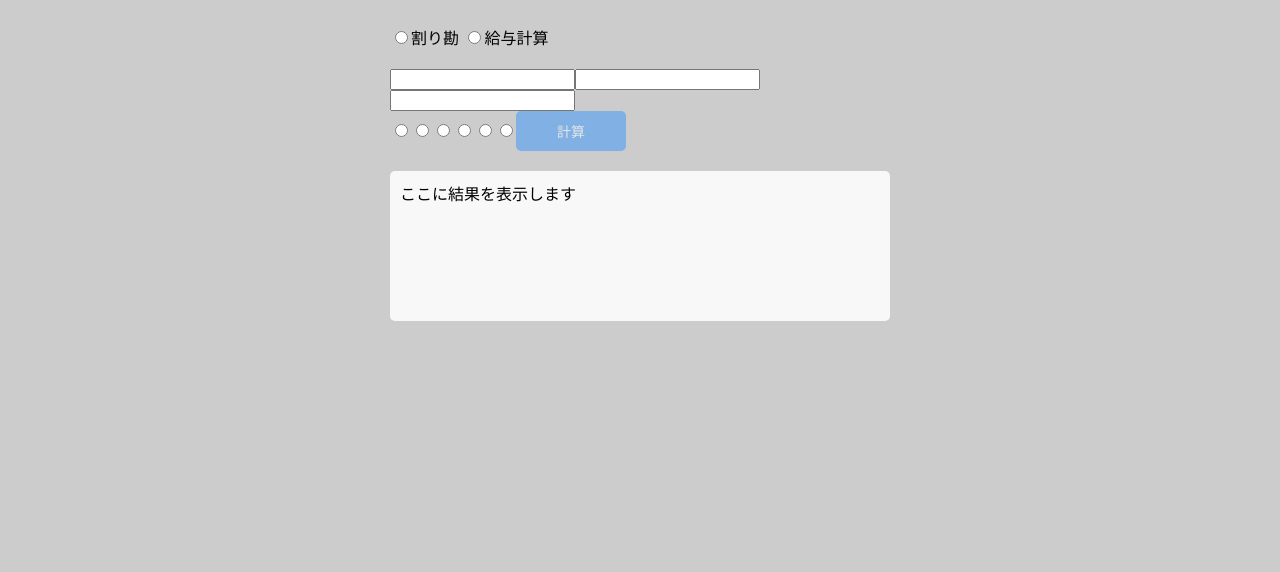
Repository: PythonPG/dentaku
Page: index.html
The author's editor kept a record of every edit. The page is drawn from the files as they stood at one moment, then again after the next edit.
The browser window is 1280 px wide. The pictures show the whole page.

Above is the page before.

### index.html
<!DOCTYPE html>
<html lang="ja">
<head>
  <meta charset="utf-8">
  <title>電卓</title>
  <link rel="stylesheet" href="css/styles.css">
</head>

<body>
  <div class="container">
    <div class="select-area">
      <input type="radio" id="warikan" name="dentaku" value="warikan" onclick="selectWarikan()">割り勘
      <input type="radio" id="kyuyo" name="dentaku" value="kyuyo" onclick="selectKyuyo()">給与計算
    </div>
    <div class="input-area">
      <input type="text" id="value1">
      <input type="text" id="kigou">
      <input type="text" id="value2">
      <br>
      <input type="radio" name="enzan" id="plus">+
      <input type="radio" name="enzan" id="minus">-
      <input type="radio" name="enzan" id="multiply">×
      <input type="radio" name="enzan" id="divide">÷
      <input type="radio" name="enzan" id="amari">あまり
      <input type="radio" name="shosu" id="shosu">.
      <div id="btn" class="disabled">計算</div>
    </div>
    <div class="result-area">
      <p id="result">ここに結果を表示します</p>
      <div id="reset" class="hidden">もう一度計算する？</div>
    </div>
  </div>
  <script src="js/main.js"></script>
</body>
</html>

### css/styles.css
body {
  background: #ccc;
  font-size: 16px;
  font-family: Arial, sans-serif;
}

.container {
  width: 500px;
  margin: 25px auto;
}

#price,
#num,
#unit {
  font-size: 14px;
  box-sizing: border-box;
  padding: 10px;
  height: 40px;
  border-radius: 5px;
  border: none;
  margin-right: 10px;
}

#price {
  width: 140px;
}

#num,
#unit {
  width: 110px;
}

#btn {
  cursor: pointer;
  display: inline-block;
  box-sizing: border-box;
  width: 110px;
  height: 40px;
  padding: 10px;
  background: #3897fd;
  border-radius: 5px;
  font-size: 14px;
  text-align: center;
  color: #fff;
}

.select-area {
  margin-bottom: 20px;
}

.input-area {
  font-size: 0;
  margin-bottom: 20px;
}

.result-area {
  background: #f8f8f8;
  padding: 10px;
  height: 130px;
  border-radius: 5px;
  position: relative;
}

#result {
  margin: 0;
}

#reset {
  text-decoration: underline;
  cursor: pointer;
  position: absolute;
  bottom: 10px;
  right: 10px;
}

#btn.disabled {
  opacity: 0.5;
}

#reset.hidden {
  display: none;
}

### js/main.js
var Dentaku = document.dentaku;
var FlagNum = false;
var Accumulation = 0;
var Enzan = "";

function NumPress (Num) {
    if (FlagNum) {
      Dentaku.readvalue.value = Num;
      FlagNum = false;
    }
    else {
      if (Dentaku.readvalue.value == "0") {
        Dentaku.readvalue.value = Num;
      } else {
        Dentaku.readvalue.value += Num;
      }
    }
  }

function Operation (Op) {
  var Readout = Dentaku.readvalue.value;
    if (FlagNum && Enzan != "=");
    else {
      FlagNum = true;
        if ( Enzan == '+' )
          Accumulation += parseFloat(Readout);
        else if ( '-' == Enzan )
          Accumulation -= parseFloat(Readout);
        else if ( '/' == Enzan )
          Accumulation /= parseFloat(Readout);
        else if ( '*' == Enzan )
          Accumulation *= parseFloat(Readout);
        else if ( '%' == Enzan )
          Accumulation %= parseFloat(Readout);
        else
          Accumulation = parseFloat(Readout);
          Dentaku.readvalue.value = Accumulation;
          Enzan = Op;
    }
}

function PlusMinus () {
  Dentaku.readvalue.value = parseFloat(Dentaku.readvalue.value) * -1;
}

function Shosuten () {
  var nowReadOut = Dentaku.readvalue.value;
  if (FlagNum) {
    nowReadOut = "0.";
    FlagNum = false;
  } else {
    if (nowReadOut.indexOf(".") == -1)
      nowReadOut += ".";
  }
  Dentaku.readvalue.value = nowReadOut;
}

function ClearEntry () {
  Dentaku.readvalue.value = "0";
  FlagNum = true;
}

function Clear () {
  Accumulation = 0;
  Enzan = "";
  ClearEntry();
}

function Percent () {
  if ( Enzan == '+' || Enzan == '-' )
  Dentaku.readvalue.value = (parseFloat(Dentaku.readvalue.value) / 100) * parseFloat(Accumulation);
  else if ( Enzan == '*' || Enzan == '/' )
  Dentaku.readvalue.value = parseFloat(Dentaku.readvalue.value) / 100;
}

After the next edit:
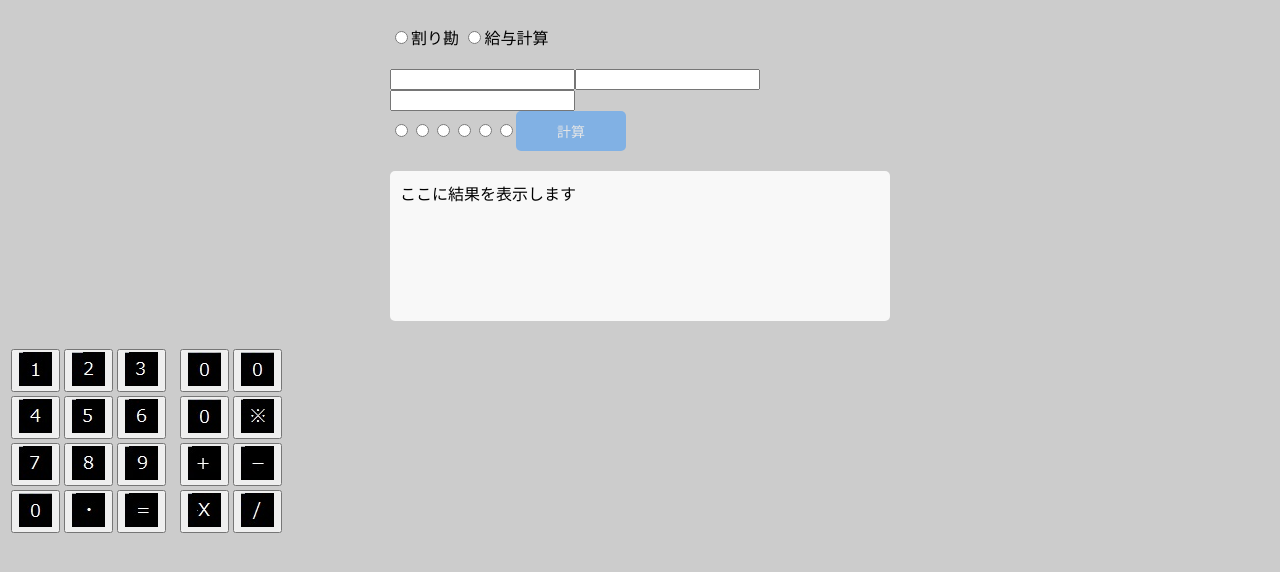
The edit:
--- a/index.html
+++ b/index.html
@@ -31,5 +31,17 @@
     </div>
   </div>
   <script src="js/main.js"></script>
+  <table style="display:inline-block">
+    <tr><td><button><img src="img/1.jpg"></button></td><td><button><img src="img/2.jpg"></button></td><td><button><img src="img/3.jpg"></button></td></tr>
+    <tr><td><button><img src="img/4.jpg"></button></td><td><button><img src="img/5.jpg"></button></td><td><button><img src="img/6.jpg"></button></td></tr>
+    <tr><td><button><img src="img/7.jpg"></button></td><td><button><img src="img/8.jpg"></button></td><td><button><img src="img/9.jpg"></button></td></tr>
+    <tr><td><button><img src="img/0.jpg"></button></td><td><button><img src="img/DOT.jpg"></button></td><td><button><img src="img/=.jpg"></button></td></tr>
+  </table>
+  <table style="display:inline-block">
+    <tr><td></td><td><button><img src="img/0.jpg"></button></td><td><button><img src="img/0.jpg"></button></td></tr>
+    <tr><td></td><td><button><img src="img/0.jpg"></button></td><td><button><img src="img/AMARI.jpg"></button></td></tr>
+    <tr><td></td><td><button><img src="img/+.jpg"></button></td><td><button><img src="img/-.jpg"></button></td></tr>
+    <tr><td></td><td><button><img src="img/X.jpg"></button></td><td><button><img src="img/WARU.jpg"></button></td></tr>
+  </table>
 </body>
 </html>
